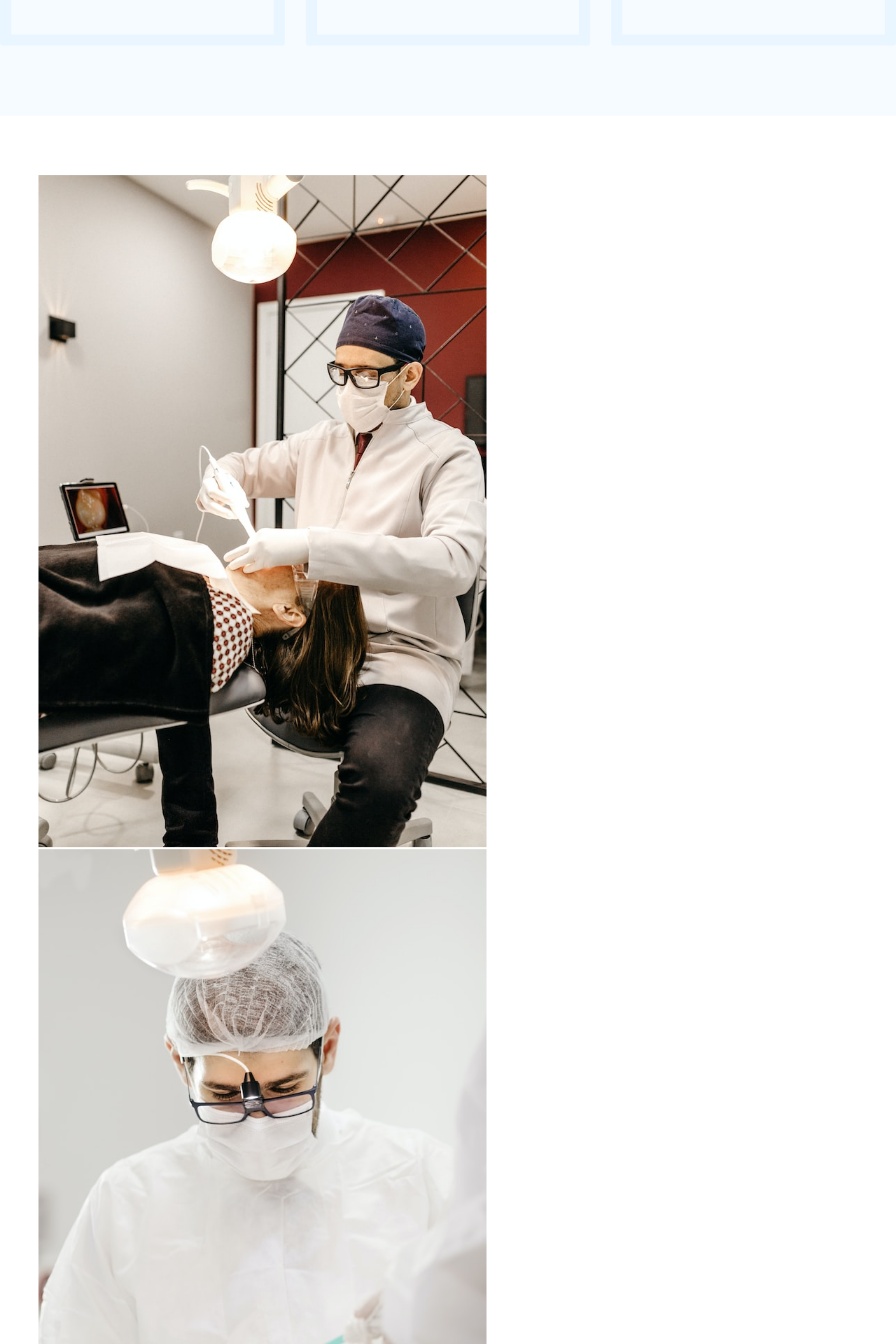
Repository: dongnguyen2112/htmlcss-project-03
Page: index.html
These files come from the project's save history. The page is drawn as it stood at one moment and after a run of saves; the edit follows.
The browser window is 1280 px wide. The pictures show the part of the page from y = 2493 to 4413 px (the page is 5720 px tall), at 70% of full size.

Above is the page before, as saved 2023-08-02 20:42:51.

After the next 2 saves:
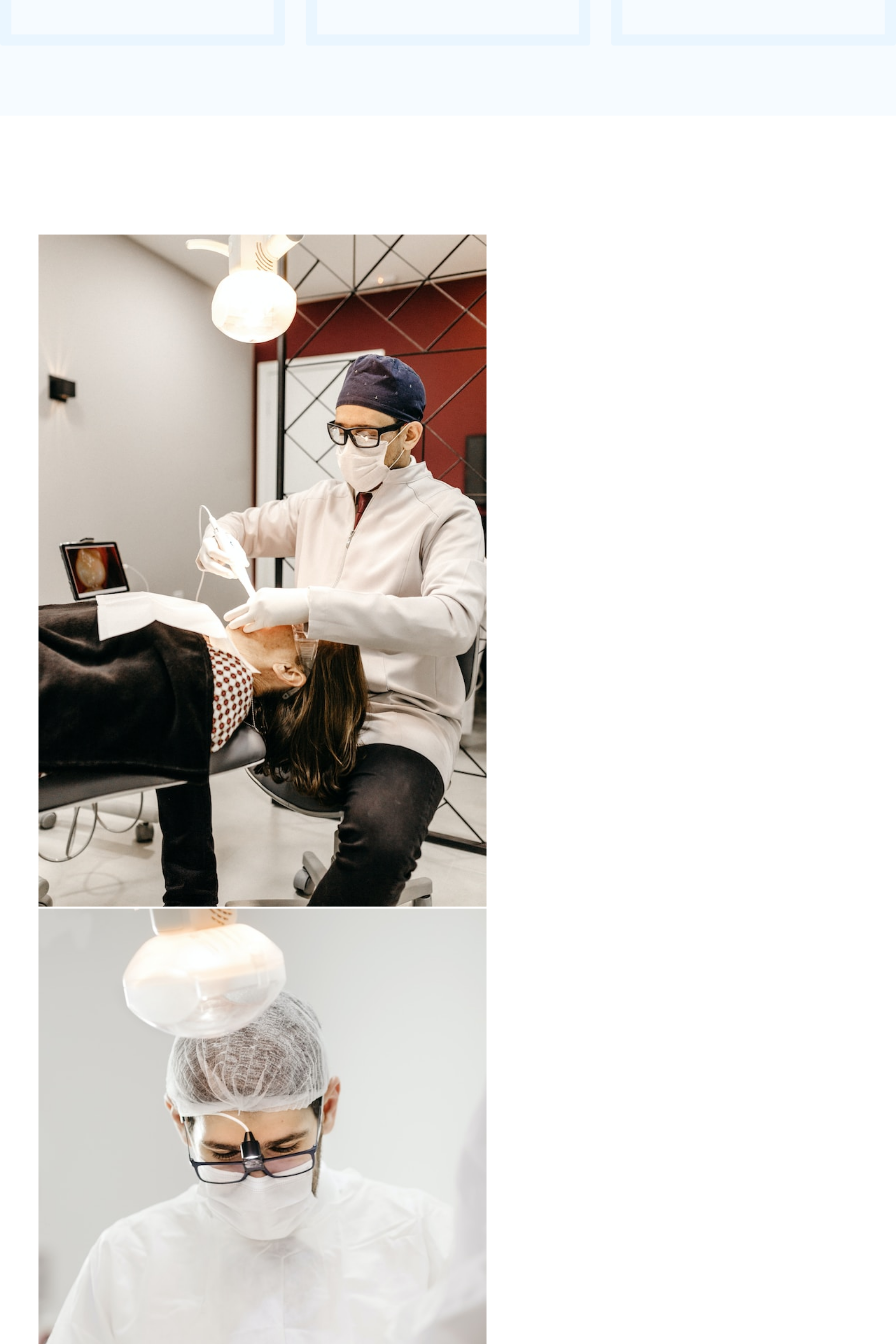
The 2 saves are shown as one change because they came seconds apart.
The last was saved 6 s later.
--- a/assets/css/styles.css
+++ b/assets/css/styles.css
@@ -325,7 +325,7 @@
     line-height: 1.75; /* 175% */
 }
 /* Feature */
-.feature{
+.feature {
     margin-top: 85px;
-    padding: ;
-}
+    padding: 85px 0;
+}
